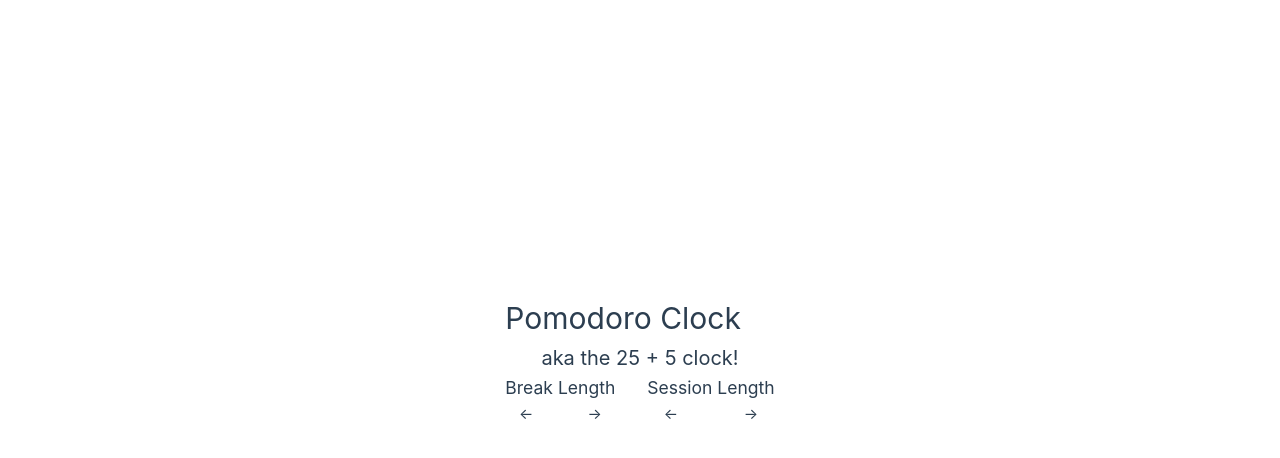
Repository: asing44/FCC
Page: / (app in Front-End-Projects/fcc-frontend-projects-pomodoro/)
An editor plug-in stored every save of this project. The page is shown before and after the next save, followed by the edit.
The browser window is 1280 px wide. The pictures show the whole page.
The project was rebuilt for these pictures with package versions that can differ from the ones it lists, and the page was loaded fresh each time. Also part of the build but not shown: Front-End-Projects/fcc-frontend-projects-pomodoro/vite.config.js.

Above is the page before, as saved 2025-01-25 01:50:37.

After the next save:
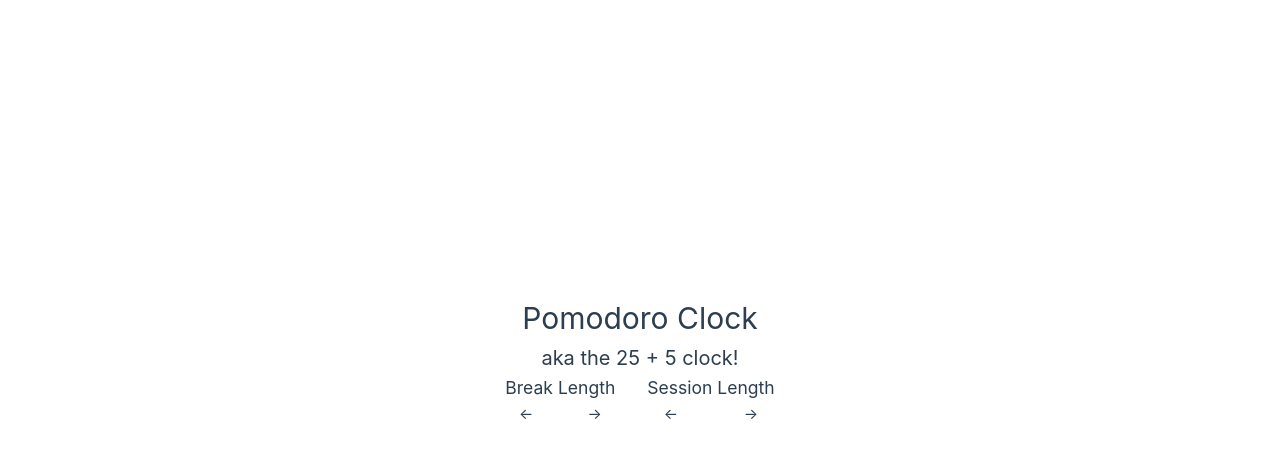
Saved 9 s later.
--- a/Front-End-Projects/fcc-frontend-projects-pomodoro/src/App.vue
+++ b/Front-End-Projects/fcc-frontend-projects-pomodoro/src/App.vue
@@ -27,6 +27,10 @@ States needed:
   width: 100%;
 }
 
+.title {
+  text-align: center;
+}
+
 .subtitle {
   font-size: 1.25rem;
   text-align: center;
